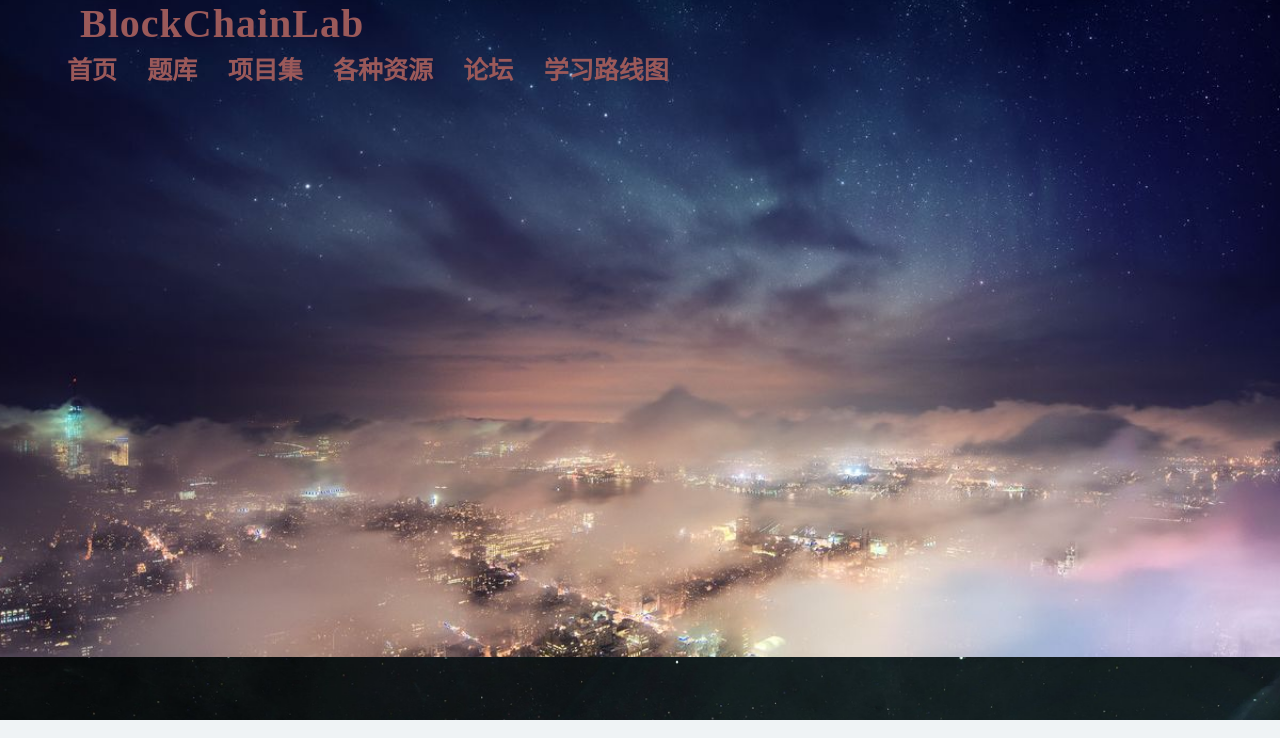
Repository: xduBlockChainLab/our-web
Page: src/main/resources/tempalates/surface_2.html
These files come from the project's save history. The page is drawn as it stood at one moment and after the next save; the edit follows.
The browser window is 1280 px wide. The pictures show the whole page.
An inner scrolling area shows only its first screen. Some web libraries are served in a nearby version.

Above is the page before, as saved 2021-10-24 09:52:43.

### src/main/resources/tempalates/surface_2.html
<!--
 * @Author: your name
 * @Date: 2021-10-20 23:32:08
 * @LastEditTime: 2021-10-23 20:41:47
 * @LastEditors: Please set LastEditors
 * @Description: In User Settings Edit
 * @FilePath: \img\surface_2.html
-->
<!DOCTYPE html>
<html lang="en">

<head>
    <meta charset="GB 2312">
    <meta http-equiv="X-UA-Compatible" content="IE=edge">
    <meta name="viewport" content="width=device-width, initial-scale=1.0">
    <title>Welcome!</title>
    <link rel="icon" href="../static/img/Eagle-2.png" type="image/x-icon">
    <link rel="stylesheet" href="../static/css/surface_2.css">

    <body>
        <div class="shell ">
            <div class="image " style="background-image: url( '../static/img/ric (3).jpg'); "></div>
            <div class="heading ">
                <h1 style="color: pink; font-size: 50px "></h1>
            </div>
            <div class="text ">
                <h1>What you want to write</h1>
            </div>
            <div class="image " style="background-image: url( '../static/img/surface1.jpg'); "></div>
            <div class="heading ">
                <h1 style="color: pink; font-size: 50px "></h1>
            </div>
            <div class="text ">
                <h1>How future you want</h1>
            </div>
            <div class="image " style="background-image: url( '../static/img/surface2.jpg'); "></div>
            <div class="heading ">
                <a style="text-decoration: none;color: rgb(145, 60, 93); font-size: 50px; font-weight: bold ; " href="#"></a>
            </div>
            <div class="text1 ">
                <h1>Now,go to change it</h1>
            </div>
        </div>
        <div class="top ">
            <span class="logo">BlockChainLab</span>
            <center>
                <ul>
                    <li class="special "><a href="surface_2.html ">首页</a></li>
                    <li class="special "><a href="# ">题库</a></li>
                    <li class="special "><a href="# ">项目集</a></li>
                    <li class="special "><a href="# ">各种资源</a>
                        <ul>
                            <li><a href="# ">电子书</a></li>
                            <li><a href="# ">前沿资讯</a></li>
                        </ul>
                    </li>
                    <li class="special "><a href="# ">论坛</a></li>
                    <li class="special ">
                        <a href="# ">学习路线图</a>
                        <ul>
                            <li><a href="# ">前端攻城狮</a></li>
                            <li><a href="# ">后端攻城狮</a></li>
                            <li><a href="# ">C 语言</a></li>
                            <li><a href="# ">Java 语言</a></li>
                            <li><a href="# ">GIT 基本操作</a></li>
                            <li><a href="# ">“科学上网”</a></li>
                        </ul>
                    </li>
                </ul>
                <style>
                    .special {
                        font-size: 25px;
                        font-weight: bold;
                    }
                </style>
            </center>
        </div>
    </body>
    <script src="https://apps.bdimg.com/libs/jquery/2.1.4/jquery.min.js "></script>

</head>

<body>
    <br>
    <h1></h1>
    <script type="text/javascript " src="https://cdn.bootcss.com/jquery/3.3.1/jquery.min.js "></script>
    <script type="text/javascript ">
        jQuery(document).ready(function($) {
            var a_idx = 0;
            $("body ").click(function(e) {
                var a = new Array("富强 ", "民主 ", "文明 ", "和谐 ", "自由 ", "平等 ", "公正 ", "法治 ", "爱国 ", "敬业 ", "诚信 ", "友善 ");
                var $i = $("<span/>").text(a[a_idx]);
                a_idx = (a_idx + 1) % a.length;
                var x = e.pageX,
                    y = e.pageY;
                $i.css({
                    "z-index": 999999999999999999999999999999999999999999999999999999999999999999999,
                    "top": y - 20,
                    "left": x,
                    "position": "absolute",
                    "font-weight": "bold",
                    "color": "#ff6651"
                });
                $("body").append($i);
                $i.animate({
                    "top": y - 180,
                    "opacity": 0
                }, 1500, function() {
                    $i.remove();
                });
            });
        });
    </script>
</body>

</html>

### src/main/resources/static/css/surface_2.css
* {
    padding: 0;
    margin: 0;
}

.shell {
    height: 100vh;
    overflow-x: hidden;
    perspective: 3px;
}

.shell div {
    position: relative;
    display: flex;
    justify-content: center;
    align-items: center;
    font-style: 30px;
    letter-spacing: 2px;
}

.image {
    transform: translateZ(-1px) scale(1.6);
    background-size: cover;
    height: 100vh;
    z-index: -1;
}

.text {
    height: 35vh;
    background-color: rgb(19, 15, 15);
}

.text h1 {
    color: rgb(128, 69, 69);
    font-size: 50px;
}

.text1 {
    height: 20vh;
    background-color: rgb(19, 15, 15);
}

.text1 h1 {
    color: rgb(128, 69, 69);
    font-size: 50px;
}

.heading {
    z-index: -1;
    transform: translateY(-30vh) translateZ(1px);
    color: #fff;
    font-size: 30px;
}

.logo {
    position: relative;
    font-size: 40px;
    font-weight: 900;
    letter-spacing: 1px;
    color: rgb(155, 89, 89);
    padding-left: 80px;
}

.top {
    height: auto;
    width: 100%;
    margin-left: 0;
    background: rgb(0, 0, 0，0.8);
    position: fixed;
    top: 0;
    margin-bottom: 5px;
}

.top ul {
    width: auto;
    list-style-type: none;
    white-space: nowrap;
    overflow: hidden;
    margin-left: 5%;
    padding: 0;
}

.top li {
    float: left;
    margin-right: 2%;
    position: relative;
    overflow: hidden;
}

.top li a {
    display: block;
    color: rgb(155, 89, 89);
    text-align: center;
    padding: 3px;
    overflow: hidden;
    text-decoration: none;
    border-radius: 15px;
}

.top li a:hover {
    background-color: rgb(53, 31, 31);
}

.top ul li ul {
    margin-left: -0.2px;
    background: rgb(20, 15, 15);
    position: relative;
    display: none;
    border-radius: 15px;
}

.top ul li ul li {
    float: none;
    text-align: center;
}

.top ul li:hover ul {
    display: block;
}

body {
    background: #eff3f5;
}

body {
    background-attachment: fixed;
    background-size: cover;
    height: 100vh;
    overflow: hidden;
    /* 茶꾜꿋충돨좃몸버땡으 */
    z-index: -1;
}

After the next save:
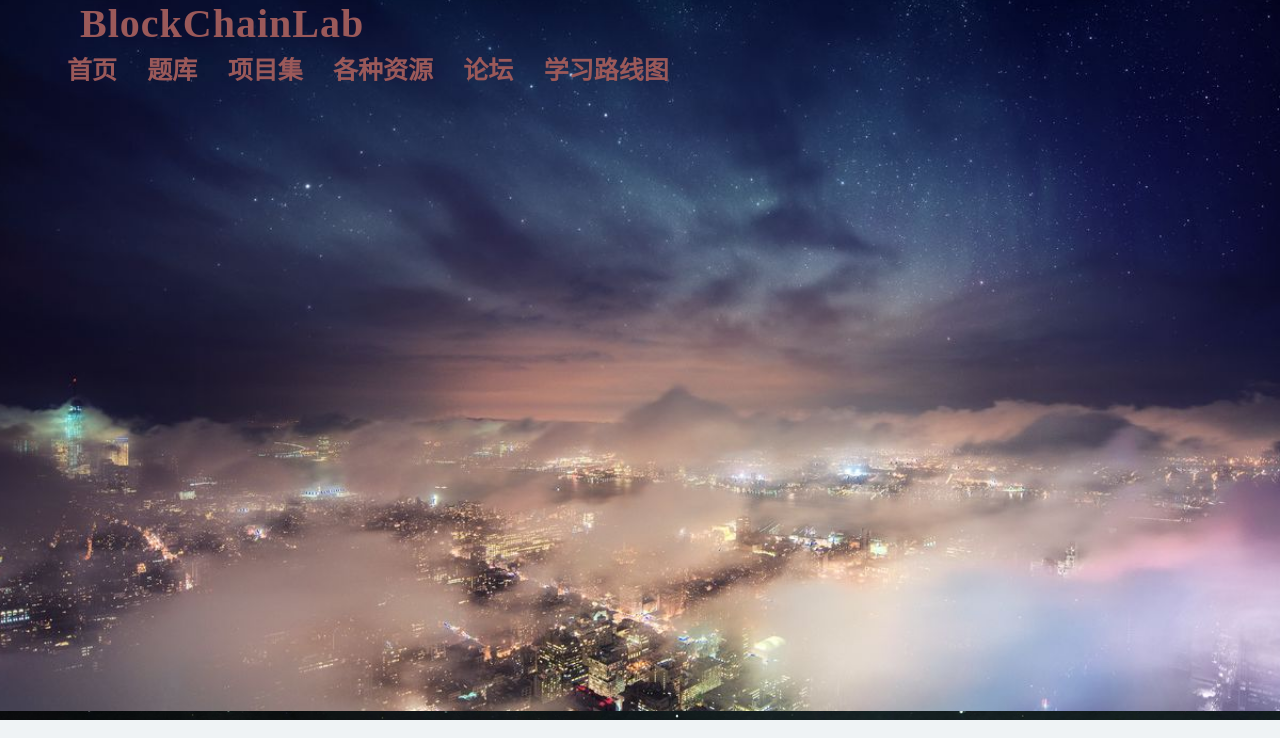
Saved 2 days later.
--- a/src/main/resources/static/css/surface_2.css
+++ b/src/main/resources/static/css/surface_2.css
@@ -26,7 +26,7 @@
 }
 
 .text {
-    height: 35vh;
+    height: 45vh;
     background-color: rgb(19, 15, 15);
 }
 
